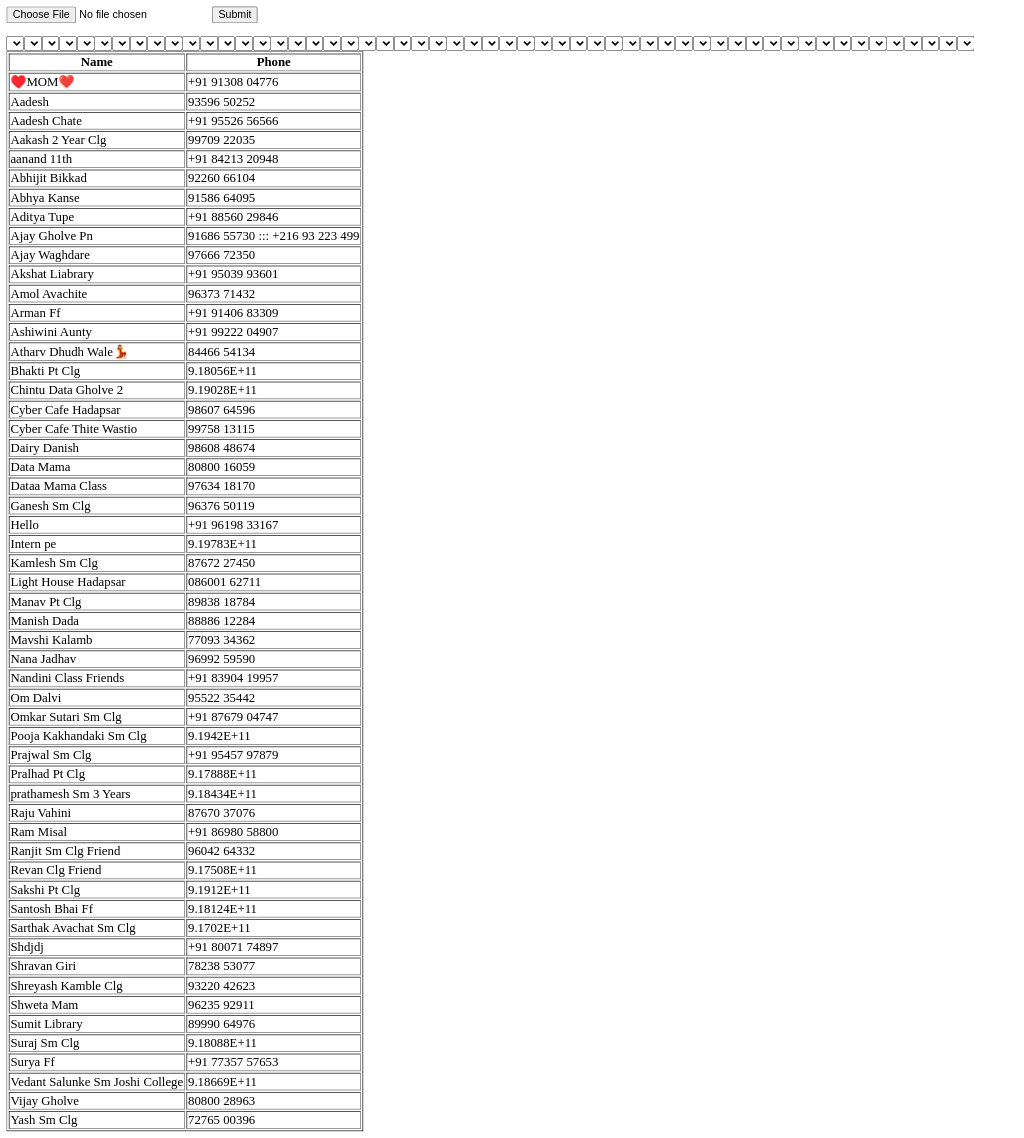
Repository: vijayholve/personal-asistant
Page: http://localhost/
These files come from the project's save history. The page is drawn as it stood at one moment and after a run of saves; the edit follows.
The browser window is 1280 px wide. The pictures show the whole page, at 80% of full size.
The page is served by the project's application, run on Django 5.2 (manage.py). The page reads the database file committed with the project.

Above is the page before, as saved 2024-06-12 17:28:19.

After the next 3 saves:
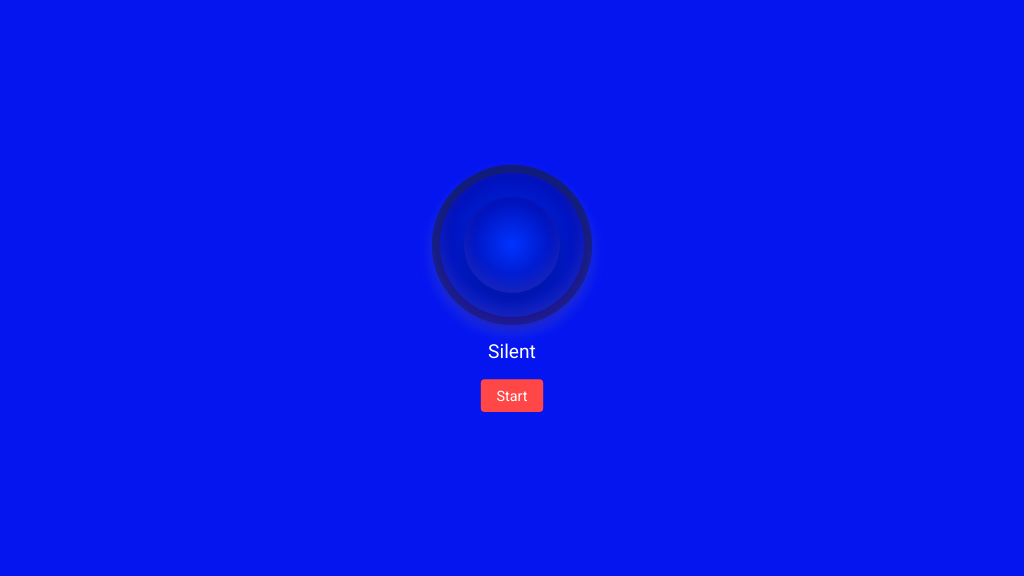
The 3 saves are shown as one change because they came seconds apart.
The last was saved 2 min 31 s later.
--- a/asistant/whatsapp/urls.py
+++ b/asistant/whatsapp/urls.py
@@ -2,8 +2,8 @@ from django.urls import path
 from . import views
 
 urlpatterns = [
-    path("",views.home,name="home"),
+    path("home/",views.home,name="home"),
     #  path("mic/",view,name="mic"),
-    path("index/",views.index,name="mic2"),
-path('process/', views.process_speech, name='process_speech'),
+     path('', views.index, name='index'),
+    path('process/', views.process_speech, name='process_speech'),
 ]
